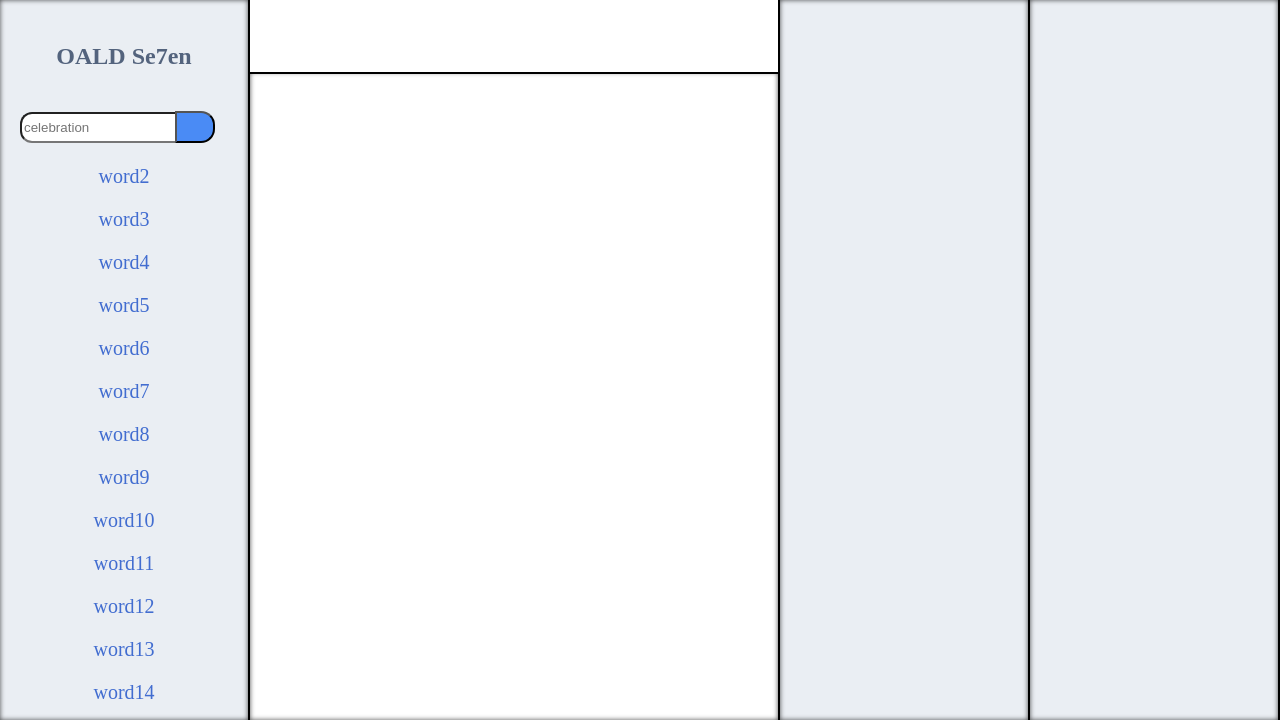
Repository: JJianZ/miao
Page: a.html
The author's editor kept a copy of each file at every save. The page is drawn from the files as they stood at one save, then again after the next save.
The browser window is 1280 px wide. The pictures show the whole page.

Above is the page before, as saved 2021-11-23 10:45:36.

After the next save:
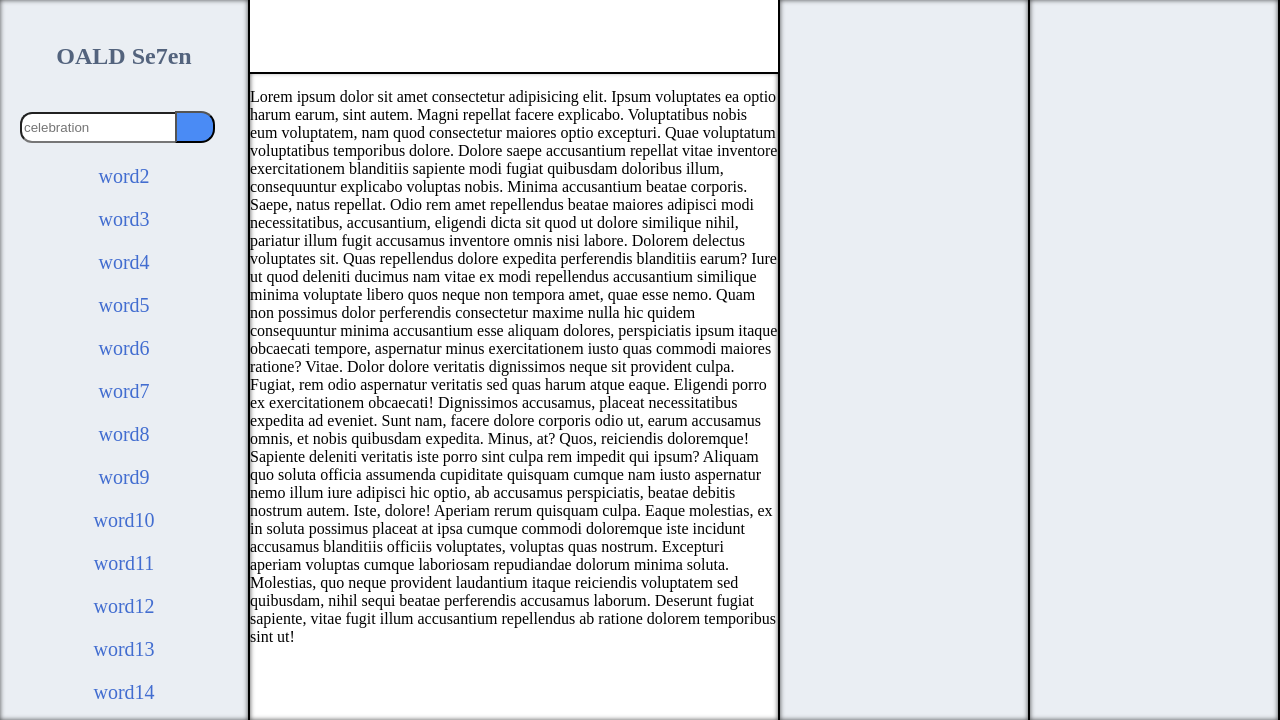
Saved 23 s later.
--- a/a.html
+++ b/a.html
@@ -140,7 +140,20 @@
       </ul>
     </aside>
     <header></header>
-    <main></main>
+    <main>
+      <p>
+        Lorem ipsum dolor sit amet consectetur adipisicing elit. Ipsum voluptates ea optio harum earum, sint autem. Magni repellat facere explicabo. Voluptatibus nobis eum voluptatem, nam quod consectetur maiores optio excepturi.
+        Quae voluptatum voluptatibus temporibus dolore. Dolore saepe accusantium repellat vitae inventore exercitationem blanditiis sapiente modi fugiat quibusdam doloribus illum, consequuntur explicabo voluptas nobis. Minima accusantium beatae corporis. Saepe, natus repellat.
+        Odio rem amet repellendus beatae maiores adipisci modi necessitatibus, accusantium, eligendi dicta sit quod ut dolore similique nihil, pariatur illum fugit accusamus inventore omnis nisi labore. Dolorem delectus voluptates sit.
+        Quas repellendus dolore expedita perferendis blanditiis earum? Iure ut quod deleniti ducimus nam vitae ex modi repellendus accusantium similique minima voluptate libero quos neque non tempora amet, quae esse nemo.
+        Quam non possimus dolor perferendis consectetur maxime nulla hic quidem consequuntur minima accusantium esse aliquam dolores, perspiciatis ipsum itaque obcaecati tempore, aspernatur minus exercitationem iusto quas commodi maiores ratione? Vitae.
+        Dolor dolore veritatis dignissimos neque sit provident culpa. Fugiat, rem odio aspernatur veritatis sed quas harum atque eaque. Eligendi porro ex exercitationem obcaecati! Dignissimos accusamus, placeat necessitatibus expedita ad eveniet.
+        Sunt nam, facere dolore corporis odio ut, earum accusamus omnis, et nobis quibusdam expedita. Minus, at? Quos, reiciendis doloremque! Sapiente deleniti veritatis iste porro sint culpa rem impedit qui ipsum?
+        Aliquam quo soluta officia assumenda cupiditate quisquam cumque nam iusto aspernatur nemo illum iure adipisci hic optio, ab accusamus perspiciatis, beatae debitis nostrum autem. Iste, dolore! Aperiam rerum quisquam culpa.
+        Eaque molestias, ex in soluta possimus placeat at ipsa cumque commodi doloremque iste incidunt accusamus blanditiis officiis voluptates, voluptas quas nostrum. Excepturi aperiam voluptas cumque laboriosam repudiandae dolorum minima soluta.
+        Molestias, quo neque provident laudantium itaque reiciendis voluptatem sed quibusdam, nihil sequi beatae perferendis accusamus laborum. Deserunt fugiat sapiente, vitae fugit illum accusantium repellendus ab ratione dolorem temporibus sint ut!
+      </p>
+    </main>
     <aside class="second"></aside>
     <aside class="third"></aside>
   </div>
